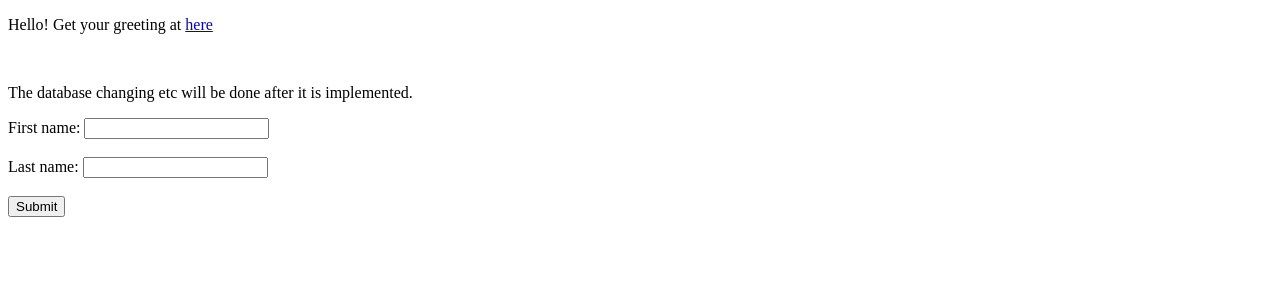
Repository: hcm4990/BankingApplicationRestAPI
Page: gs-serving-web-content-complete/src/main/resources/static/index.html
An editor plug-in stored every save of this project. The page is shown before and after the next save, followed by the edit.
The browser window is 1280 px wide. The pictures show the whole page.

Above is the page before, as saved 2020-04-06 10:31:22.

After the next save:
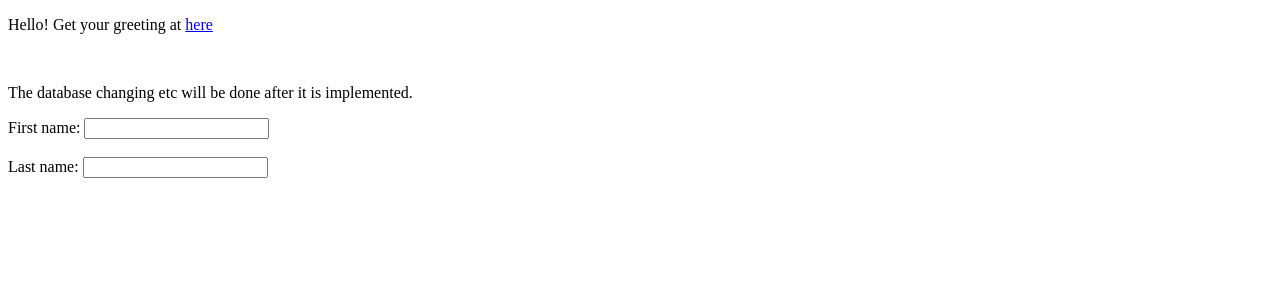
Saved 21 min 53 s later.
--- a/gs-serving-web-content-complete/src/main/resources/static/index.html
+++ b/gs-serving-web-content-complete/src/main/resources/static/index.html
@@ -15,7 +15,6 @@
 			name="fname"><br>
 		<br> <label for="lname">Last name:</label> <input type="text"
 			id="lname" name="lname"><br>
-		<br> <input type="submit" value="Submit">
 	</form>
 </body>
 </html>

After the save that followed:
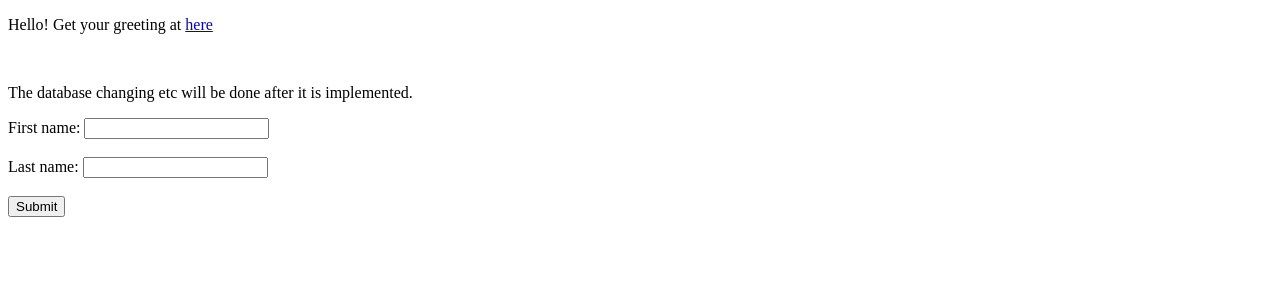
Saved 7 s later.
--- a/gs-serving-web-content-complete/src/main/resources/static/index.html
+++ b/gs-serving-web-content-complete/src/main/resources/static/index.html
@@ -15,6 +15,7 @@
 			name="fname"><br>
 		<br> <label for="lname">Last name:</label> <input type="text"
 			id="lname" name="lname"><br>
+		<br> <input type="submit" value="Submit">
 	</form>
 </body>
 </html>
